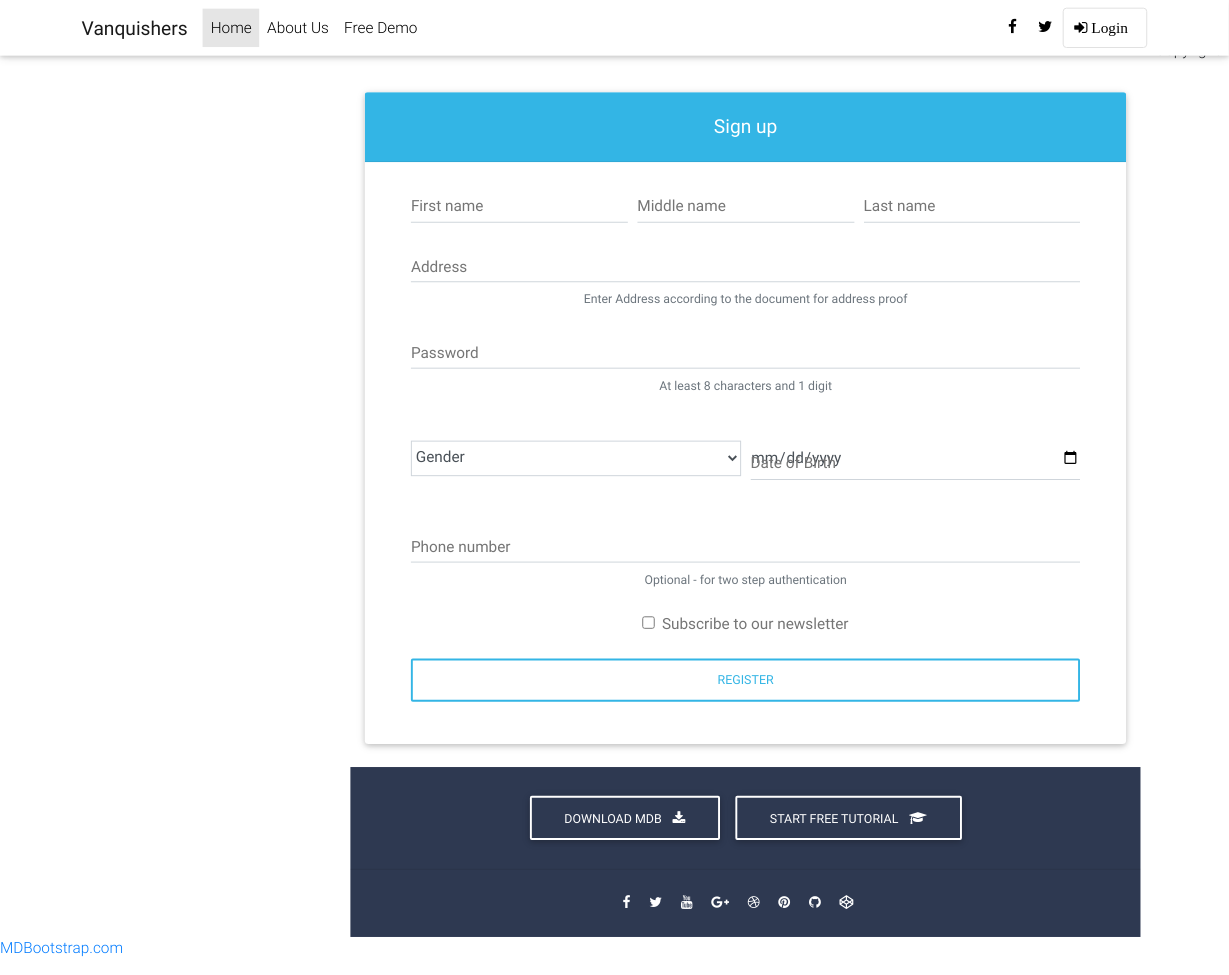
Repository: KJSCEhack/KJSCE_Vanquishers
Page: http://localhost/demo.php
These files come from the project's save history. The page is drawn as it stood at one moment and after the next save; the edit follows.
The browser window is 1280 px wide. The pictures show the whole page, at 96% of full size.
The page is run by PHP 8.4 with error messages shown; the project is at /var/www/html/.

Above is the page before, as saved 2018-10-06 09:56:24.
Console error: TypeError: $(...).material_select is not a function

### demo.php
<?php
$hostname="localhost";
$dbname="kjsce_hackathon";
$Username="root";
$Password="qweasdzxc";

$conn = mysqli_connect($hostname,$Username,$Password,$dbname);

if(!$conn)
{
    die("connection failed:" .mysqli_connect_error());

}
mysqli_close($conn);

?>
<!DOCTYPE html>
<html lang="en">

<head>
    <meta charset="utf-8">
    <meta name="viewport" content="width=device-width, initial-scale=1, shrink-to-fit=no">
    <meta http-equiv="x-ua-compatible" content="ie=edge">
    <title>Material Design Bootstrap</title>
    <!-- Font Awesome -->
    <link rel="stylesheet" href="https://maxcdn.bootstrapcdn.com/font-awesome/4.7.0/css/font-awesome.min.css">
    <!-- Bootstrap core CSS -->
    <link href="css/bootstrap.min.css" rel="stylesheet">
    <!-- Material Design Bootstrap -->
    <link href="css/mdb.min.css" rel="stylesheet">
    <!-- Your custom styles (optional) -->
    <link href="css/style.min.css" rel="stylesheet">
</head>

<body>

    <!--Main Navigation-->
    <header>

        <!-- Navbar -->
        <nav class="navbar fixed-top navbar-expand-lg navbar-light white scrolling-navbar">
            <div class="container">

                <!-- Brand -->
      <a class="navbar-brand" href="https://mdbootstrap.com/material-design-for-bootstrap/" target="_blank">
        <strong>Vanquishers</strong>
      </a>

      <!-- Collapse -->
      <button class="navbar-toggler" type="button" data-toggle="collapse" data-target="#navbarSupportedContent" aria-controls="navbarSupportedContent"
        aria-expanded="false" aria-label="Toggle navigation">
        <span class="navbar-toggler-icon"></span>
      </button>

      <!-- Links -->
      <div class="collapse navbar-collapse" id="navbarSupportedContent">

        <!-- Left -->
        <ul class="navbar-nav mr-auto">
          <li class="nav-item active">
            <a class="nav-link" href="#">Home
              <span class="sr-only">(current)</span>
            </a>
          </li>
          <li class="nav-item">
            <a class="nav-link" href="https://mdbootstrap.com/material-design-for-bootstrap/" target="_blank">About Us</a>
          </li>
          <li class="nav-item">
            <a class="nav-link" href="https://mdbootstrap.com/getting-started/" target="_blank">Free Demo</a>
          </li>
        </ul>

        <!-- Right -->
        <ul class="navbar-nav nav-flex-icons">
          <li class="nav-item">
            <a href="https://www.facebook.com/mdbootstrap" class="nav-link" target="_blank">
              <i class="fa fa-facebook"></i>
            </a>
          </li>
          <li class="nav-item">
            <a href="https://twitter.com/MDBootstrap" class="nav-link" target="_blank">
              <i class="fa fa-twitter"></i>
            </a>
          </li>
          <li class="nav-item">
            <a href="login_page.html" class="nav-link border border-light rounded"
              target="_blank">
              <i class="fa fa-sign-in mr-2">           Login</i>
            </a>
          </li>
        </ul>

      </div>

            </div>
        </nav>
        <!-- Navbar -->

    </header>
    <!--Main Navigation-->

    <!--Main layout-->

    <div class="col-md-8" style="float:left; margin-left:350px;">
    <main class="mt-5 pt-5">
        <div class="container">
            <!-- Material form register -->
            <div class="card">

            <h5 class="card-header info-color white-text text-center py-4">
                <strong>Sign up</strong>
            </h5>

            <!--Card content-->
            <div class="card-body px-lg-5 pt-0">

                <!-- Form -->
                <form class="text-center" style="color: #757575;">

                    <div class="form-row">
                        <div class="col">
                            <!-- First name -->
                            <div class="md-form">
                                <input type="text" id="materialRegisterFormFirstName" class="form-control">
                                <label for="materialRegisterFormFirstName">First name</label>
                            </div>
                        </div>
                        <div class="col">
                            <!-- Last name -->
                            <div class="md-form">
                                <input type="text" id="materialRegisterFormMiddleName" class="form-control">
                                <label for="materialRegisterFormMiddleName">Middle name</label>
                            </div>
                        </div>
                        <div class="col">
                            <!-- Last name -->
                            <div class="md-form">
                                <input type="text" id="materialRegisterFormLastName" class="form-control">
                                <label for="materialRegisterFormLastName">Last name</label>
                            </div>
                        </div>
                    </div>

                    <!-- Address -->
                    <div class="md-form mt-0">
                        <input type="text" id="materialRegisterFormAddress" class="form-control">
                        <label for="materialRegisterFormAddress">Address</label>
                        <small id="materialRegisterFormPasswordHelpBlock" class="form-text text-muted mb-4">
                            Enter Address according to the document for address proof
                        </small>
                    </div>

                    <!-- Password -->
                    <div class="md-form">
                        <input type="password" id="materialRegisterFormPassword" class="form-control" aria-describedby="materialRegisterFormPasswordHelpBlock">
                        <label for="materialRegisterFormPassword">Password</label>
                        <small id="materialRegisterFormPasswordHelpBlock" class="form-text text-muted mb-4">
                            At least 8 characters and 1 digit
                        </small>
                    </div>

                    <div class="form-row">
                        <div class="col">
                            <div class="md-form">
                                <select id="materialRegisterFormGender" class="form-control mdb-select md-form colorful-select dropdown-primary">
                                    <option value="" disabled selected>Gender</option>
                                    <option value="M">Male</option>
                                    <option value="F">Female</option>
                                    <option value="O">Other</option>
                                </select>
                            </div>
                        </div>
                        <div class="col">
                            <div class="md-form">
                                <input type="date" class="form-control" id="materialRegisterFormDOB">
                                <label for="materialRegisterFormDOB">Date of Birth</label>
                            </div>
                        </div>
                    </div>

                    <!-- Phone number -->
                    <div class="md-form">
                        <input type="password" id="materialRegisterFormPhone" class="form-control" aria-describedby="materialRegisterFormPhoneHelpBlock">
                        <label for="materialRegisterFormPhone">Phone number</label>
                        <small id="materialRegisterFormPhoneHelpBlock" class="form-text text-muted mb-4">
                            Optional - for two step authentication
                        </small>
                    </div>

                    <!-- Newsletter -->
                    <div class="form-check">
                        <input type="checkbox" class="form-check-input" id="materialRegisterFormNewsletter">
                        <label class="form-check-label" for="materialRegisterFormNewsletter">Subscribe to our newsletter</label>
                    </div>

                    <!-- Sign up button -->
                    <button class="btn btn-outline-info btn-rounded btn-block my-4 waves-effect z-depth-0" type="submit">Register</button>

                </form>
                <!-- Form -->

            </div>

            </div>
            <!-- Material form register -->
        </div>
    </main>
    <!--Footer-->
    <footer class="page-footer text-center font-small mdb-color darken-2 mt-4 wow fadeIn">

        <!--Call to action-->
        <div class="pt-4">
            <a class="btn btn-outline-white" href="https://mdbootstrap.com/getting-started/" target="_blank" role="button">Download MDB
                <i class="fa fa-download ml-2"></i>
            </a>
            <a class="btn btn-outline-white" href="https://mdbootstrap.com/bootstrap-tutorial/" target="_blank" role="button">Start free tutorial
                <i class="fa fa-graduation-cap ml-2"></i>
            </a>
        </div>
        <!--/.Call to action-->

        <hr class="my-4">

        <!-- Social icons -->
        <div class="pb-4">
            <a href="https://www.facebook.com/mdbootstrap" target="_blank">
                <i class="fa fa-facebook mr-3"></i>
            </a>

            <a href="https://twitter.com/MDBootstrap" target="_blank">
                <i class="fa fa-twitter mr-3"></i>
            </a>

            <a href="https://www.youtube.com/watch?v=7MUISDJ5ZZ4" target="_blank">
                <i class="fa fa-youtube mr-3"></i>
            </a>

            <a href="https://plus.google.com/u/0/b/107863090883699620484" target="_blank">
                <i class="fa fa-google-plus mr-3"></i>
            </a>

            <a href="https://dribbble.com/mdbootstrap" target="_blank">
                <i class="fa fa-dribbble mr-3"></i>
            </a>

            <a href="https://pinterest.com/mdbootstrap" target="_blank">
                <i class="fa fa-pinterest mr-3"></i>
            </a>

            <a href="https://github.com/mdbootstrap/bootstrap-material-design" target="_blank">
                <i class="fa fa-github mr-3"></i>
            </a>

            <a href="http://codepen.io/mdbootstrap/" target="_blank">
                <i class="fa fa-codepen mr-3"></i>
            </a>
        </div>
        <!-- Social icons -->
</div>

        <!--Copyright-->
        <div class="footer-copyright py-3">
            © 2018 Copyright:
            <a href="https://mdbootstrap.com/bootstrap-tutorial/" target="_blank"> MDBootstrap.com </a>
        </div>
        <!--/.Copyright-->

    </footer>
    <!--/.Footer-->

    <!-- SCRIPTS -->
    <!-- JQuery -->
    <script type="text/javascript" src="js/jquery-3.3.1.min.js"></script>
    <!-- Bootstrap tooltips -->
    <script type="text/javascript" src="js/popper.min.js"></script>
    <!-- Bootstrap core JavaScript -->
    <script type="text/javascript" src="js/bootstrap.min.js"></script>
    <!-- MDB core JavaScript -->
    <script type="text/javascript" src="js/mdb.min.js"></script>
    <!-- Initializations -->
    <script type="text/javascript">
        // Animations initialization
        new WOW().init();
        // Material Select Initialization
        $(document).ready(function() {
            $('.mdb-select').material_select();
        });
    </script>
</body>

</html>

Loaded but not shown: css/bootstrap.min.css (library); css/mdb.min.css (library); css/style.min.css (common file); js/jquery-3.3.1.min.js (library); js/popper.min.js (library); js/bootstrap.min.js (library); js/mdb.min.js (library)

After the next save:
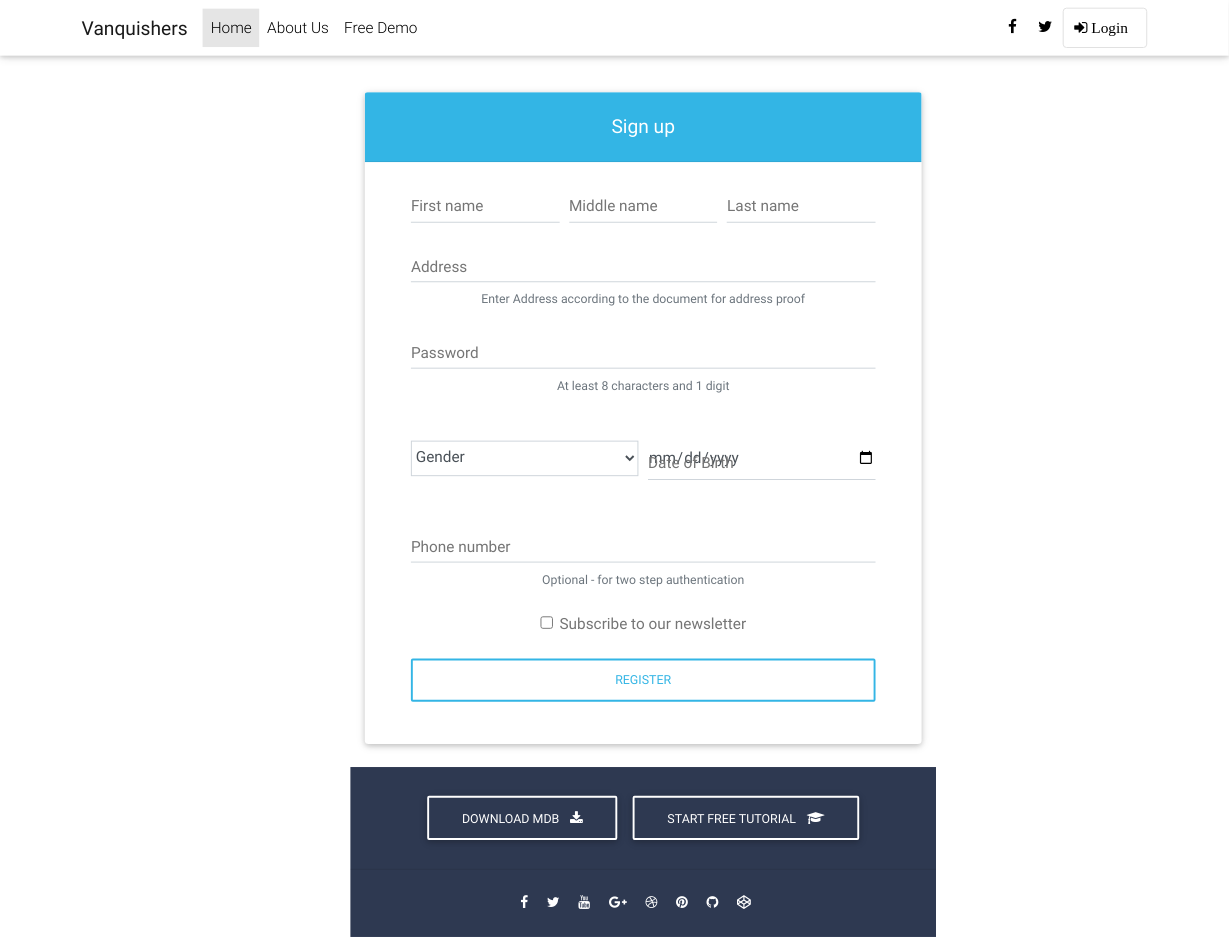
Saved 8 s later.
--- a/demo.php
+++ b/demo.php
@@ -101,7 +101,7 @@ mysqli_close($conn);
 
     <!--Main layout-->
 
-    <div class="col-md-8" style="float:left; margin-left:350px;">
+    <div class="col-md-6" style="float:left; margin-left:350px;">
     <main class="mt-5 pt-5">
         <div class="container">
             <!-- Material form register -->
